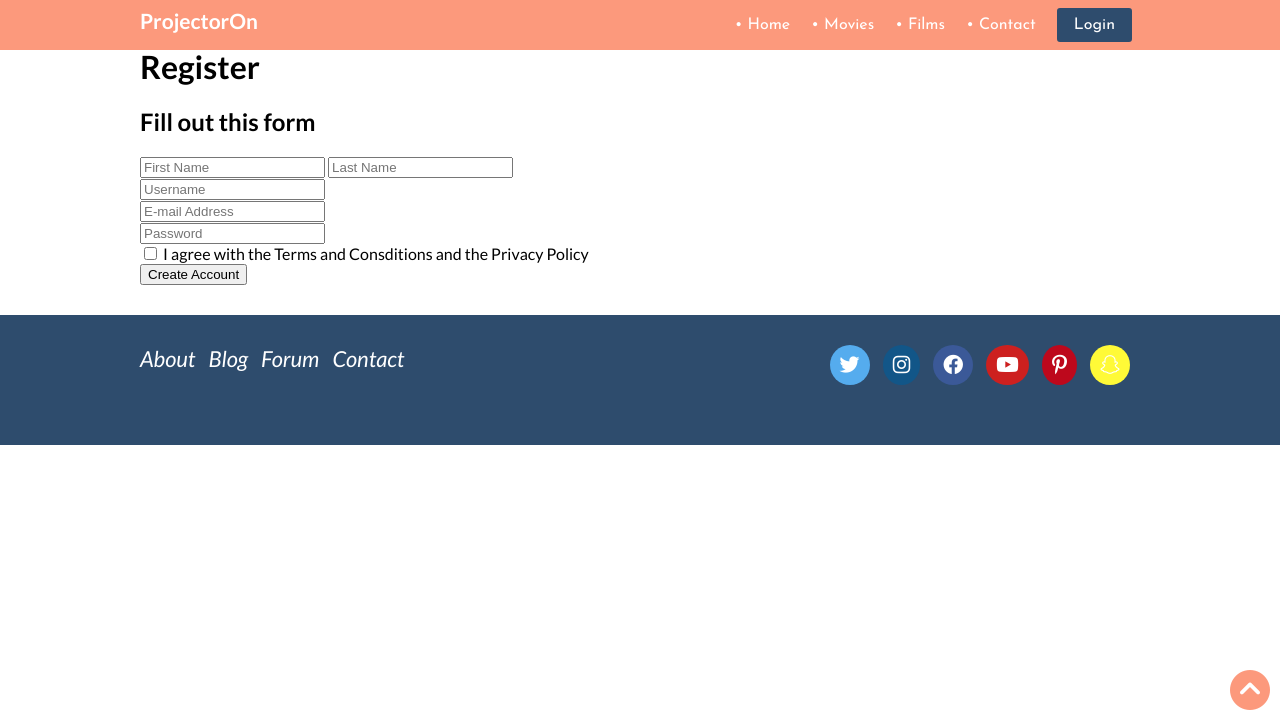
Repository: albayrakfatih/ProjectorOn_WebMovieApp
Page: register.html
The author's editor kept a copy of each file at every save. The page is drawn from the files as they stood at one save, then again after a run of saves.
The browser window is 1280 px wide. The pictures show the whole page.
Some web libraries are served in a nearby version.

Above is the page before, as saved 2023-04-30 01:32:46.

### register.html
<!DOCTYPE html>
<html lang="en">
<head>
    <meta charset="UTF-8">
    <meta http-equiv="X-UA-Compatible" content="IE=edge">
    <meta name="viewport" content="width=device-width, initial-scale=1.0">
    <title>Movie App</title>
    <!-- <link rel="stylesheet" href="https://cdnjs.cloudflare.com/ajax/libs/font-awesome/6.3.0/css/all.min.css" integrity="sha512-SzlrxWUlpfuzQ+pcUCosxcglQRNAq/DZjVsC0lE40xsADsfeQoEypE+enwcOiGjk/bSuGGKHEyjSoQ1zVisanQ==" crossorigin="anonymous" referrerpolicy="no-referrer" /> -->
    <!-- <link rel="preconnect" href="https://fonts.googleapis.com">
    <link rel="preconnect" href="https://fonts.gstatic.com" crossorigin>
    <link href="https://fonts.googleapis.com/css2?family=Josefin+Sans:wght@400;700&family=Lato:ital,wght@0,400;0,700;1,400;1,700&display=swap" rel="stylesheet"> -->
    <!-- <link rel="stylesheet" href="css/buttons.css"> -->
    <link rel="stylesheet" href="css/styles.css">


</head>
<body id="body">

    <header class="main-header">
        <div class="container">
            <a href="#" class="main-header__logo">ProjectorOn</a>
            <nav class="main-nav">
                <ul class="main-nav__items">
                    <li class="main-nav__item">
                        <a href="#">Home</a>
                    </li>
                    <li class="main-nav__item">
                        <a href="#">Movies</a>
                    </li>
                    <li class="main-nav__item">
                        <a href="#">Films</a>
                    </li>
                    <li class="main-nav__item">
                        <a href="#">Contact</a>
                    </li>
                    <li class="main-nav__item main-nav__item--login">
                        <a class="btn btn-secondary" href="#">Login</a>
                    </li>
                </ul>
            </nav>
        </div>
    </header>

   <main class="signup-page">
    <div class="container">
        <div class="row">
            <div class="register-card">
                <h1>Register</h1>
                <h2>Fill out this form</h2>
                <form action="" class="signup-form">
                    <input type="text" id="firstname" placeholder="First Name">
                    <input type="text" id="lastname" placeholder="Last Name"><br>
                    <input type="text" id="username" placeholder="Username"><br>
                    <input type="email" id="email" placeholder="E-mail Address"><br>
                    <input type="password" id="password" placeholder="Password"><br>
                    <input type="checkbox" id="agree-terms">
                    <label for="agree-terms">I agree with the Terms and Consditions and the Privacy Policy</label><br>
                    <button type="submit">Create Account</button>
                </form>
            </div>
        </div>
    </div>
   </main>

    <footer>
        <div class="container">
            <div class="row">
                <div class="col-2">
                    <ul id="footer-links">
                        <li><a href="">About</a></li>
                        <li><a href="">Blog</a></li>
                        <li><a href="">Forum</a></li>
                        <li><a href="">Contact</a></li>
                    </ul>
                </div>
                <div class="col-2">
                    <ul id="social-links">
                        <li><a href="" class="fab fa-twitter"></a></li>
                        <li><a href="" class="fab fa-instagram"></a></li>
                        <li><a href="" class="fab fa-facebook"></a></li>
                        <li><a href="" class="fab fa-youtube"></a></li>
                        <li><a href="" class="fab fa-pinterest-p"></a></li>
                        <li><a href="" class="fab fa-snapchat"></a></li>
                    </ul>
                </div>
            </div>
        </div>
    </footer>

    <a href="#body" id="backtotop">
        <i class="fas fa-chevron-circle-up"></i>
    </a>

</body>
</html>

### css/styles.css
@import url("https://cdnjs.cloudflare.com/ajax/libs/font-awesome/6.3.0/css/all.min.css");
@import url('https://fonts.googleapis.com/css2?family=Josefin+Sans:wght@400;700&family=Lato:ital,wght@0,400;0,700;1,400;1,700&display=swap');
@import url("buttons.css");



html {
    scroll-behavior: smooth;
}

*{
    box-sizing: border-box;
}
body{
    margin: 0px;
    font-family: 'Lato', sans-serif;
}
main{
    margin-top: 47px;
}
#showcase{
     background: /*linear-gradient(to bottom, rgba(252, 153, 124,0.1),rgb(250, 81, 30,0.3)),  */
    url('../img/projector1.jpg');
    background-position: center left;
    background-repeat: no-repeat;
    background-size: cover;
    background-attachment: fixed;
    border-top: 3px solid #fff;
    /*border: 4px solid white;*/
    height: 100vh;
    width: 100%;
    color: aliceblue;
    position: relative;
}
#showcase .content {
    position: absolute;
    font-size: 25px;
    margin: 0;
    top: 50%;
    left: 50%;
    transform: translate(-50%,-50%);
    width: 60%;
    background-color: rgba(46,76,109,0.3);
    color: #fff;
    padding: 20px;
    border-radius: 10px;
}


#how-it-works{
    background-color: #fff;
    padding: 10px;
    text-align: center;/*text-align kalıtım yolu ile aktarılabiliyor. bu yüzden tüm how-it-works section öğelerine center dedim.*/
}

.main-header{
    background-color: #FC997C;
    padding: 8px 16px;
    position: fixed;
    top: 0;
    z-index: 1;
    width: 100%;
}
.main-nav{
    display: inline-block;
    width: calc(100% - 121px);
    text-align: right;
    font-family: 'Josefin Sans', sans-serif;
}
.main-nav__items{
    list-style: none;
    margin: 0px;
    padding: 0px;
}
.main-nav__item{
    display: inline-block;
    margin: 0 8px;
}

.main-header__logo{
    color: #fff;
    text-decoration: none;
    font-weight: bold;
    font-size: 21px;
}

.main-nav__item a{
    text-decoration: none;
    color: #fff;
}
.main-nav__item a:hover{
    color:#160140;
}
.main-nav__item a:active{
    color: #fff;
}
.main-nav__item::before{
    content: '\2022';
    color: #fff;
}
.main-nav__item:hover::before{
    color: #160140;
}
.main-nav__item:active::before{
    color: #fff;
}
/* .main-nav__item--login a{
     color:#fff;
    background-color: #160140;
    border: 2px solid #fff;
    padding: 4px 16px;
    border-radius: 6px;
    font-weight: bold;
} */
/* .main-nav__item--login a:hover{
    border-color: #160140;
    color: #160140;
    background-color: #fff;
} */
.main-nav__item--login::before{
    content: none;
}

.row{
    margin-bottom: 30px;
    /* margin-top: 20px; */
}
/* .col-2{
    display: inline-block;
    width: calc(50% - 2px);
    height:350px;
    background-color: tomato;
    vertical-align:top;
}
.col-3{
    display: inline-block;
    width: 30%;
    padding: 16px;
    margin: 8px;
} */
.col-2 {
    float: left;
    width: 50%;
}
.col-3 {
    float: left;
    width: 33.3%;
}
.col-4 {
    float: left;
    width: 25%;
}

.icon-box h3{
    font-size: 25px;
    color: #3e4555;
}
.icon-box i{
    color: #FC997C;
}

.features-left{
    background-image: url("../img/titanic.jpg");
    background-position: center top;
    background-size: cover;
}
.features-right{
    background-color: #edf5f7;
    padding: 40px 20px;
}
.features-right h2{
    font-size: 30px;
}
.features-left,
.features-right {
    height: 350px;
}


.btn-view-features{
    background-color: #FC997C;
    color: #fff;
    padding: 7px 15px;
    border: 1px solid #FC997C;
    text-decoration: none;
    font-size: 14px;
    font-family: 'Josefin Sans', sans-serif;
    border-radius: 3px;
    display: inline-block;
    margin-top: 15px;
}
.btn-view-features:hover{
    color: #FC997C;
    background-color: #fff;
}
.section-title{
    text-align: center;
    margin-bottom: 40px;
    font-weight:700;
    font-size: 30px;
    color: #3e4555;
}
.plan{
    text-align: center;
    padding: 10px;
}

.plan__badge{
    background-color: orange;
    color: red;
    padding: 8px;
    border-radius: 5px;
}

.plan--featured {
    position: relative;
    top: -30px;
}

.recommended_plan{
    color: #ffffff;
    background-color: mediumblue!important;

}

 /* .clearfix{
    content: "";    .clearfix yerine .row sınıfını kullandık
    display: block;
    clear: both;
}  */
.row::after{
    content: "";
    display: block;
    clear: both;
}

.container{
    margin: 0 auto;
    width: 1000px;
}

.inner-plan{
    background-color:#edf5f7;
    padding: 25px 15px;
    border-radius: 5px;
    box-shadow:  0px 5px 15px rgba(0, 0, 0, 0.35);
    transition: box-shadow .8s;
}
.inner-plan:hover{
    box-shadow: 0px 5px 15px rgba(0, 0, 0, 0.7);
}


#backtotop {
    position: fixed;
    bottom: 10px;
    right: 10px;
}
#backtotop i {
    font-size: 40px;
    background-color:transparent;
    color: #fc997C;
    transition: color .6s;
}
#backtotop i:hover {
    color: #fb7850;
}

.counter {
    background: linear-gradient(to bottom, #FC997C 0%, #FC8b69 100%);
    text-align: center;
    padding:50px;
}
.counter h4 {
    margin-top: 0;
    color: #fff;
}
.counter__item{
    font-weight: 700;
    font-size: 25px;
    color: #fff;
}

/*----------movies--------------*/

.card-container {
    padding: 10px;
}
.card {
     /* width: 20vw;  veya 300px;  */
    background-color: #fff;
    box-shadow: rgba(14, 30, 37, 0.12) 0px 2px 4px 0px, rgba(14, 30, 37, 0.32) 0px 2px 16px 0px;
    cursor: pointer;
    border-radius: 5px;
    /* height: 90vh;  */
    position: relative;
    top: 0;
    transition: all .5s;
}
.card:hover {
    top: -10px;
    box-shadow: rgba(14, 30, 37, 0.9) 0px 2px 4px 0px, rgba(14, 30, 37, 0.9) 0px 2px 16px 0px;
}
.card-title {
    text-align: center;
}
.card-image {
    width:100%;
    /*height:45vh;*/
    max-height: 350px;
}
.card-button {
    text-align: center;
}
.card-body {
    padding: 30px;
}

/*-------------- footer --------------*/

footer {
    background-color: #2E4C6D;
    padding: 30px;
    margin-top: 25px;
}

footer a {
    color: #fff;
    font-size: 22px;
    text-decoration: none;
    font-style: italic;
}
footer ul {
    margin: 0;
    padding:0;
}

footer ul li {
    list-style-type: none;
    display: inline-block;
    margin-right: 10px;
}

#social-links {
    text-align: right;
}

.fab {
    padding: 10px;
    font-size: 20px;
    border-radius: 50%;
}
.fab:hover {
    opacity: 0.5;
}

.fa-twitter {
    background-color: #55acee;
    color: #fff;
}
.fa-instagram {
    background-color: #125688;
    color: #fff;
}
.fa-facebook {
    background-color: #3b5998;
    color: #fff;
}
.fa-youtube {
    background-color: #cd201f;
    color: #fff;
}
.fa-pinterest-p {
    background-color: #bd081c;
    color: #fff;
}
.fa-snapchat {
    background-color: #fffa37;
    color: #fff;
}

### css/buttons.css


.btn {
    text-align: center;
    text-decoration: none;
    display: inline-block;
    padding: 7px 15px;
    font-size: 16px;
    cursor: pointer;
    border: none;
    border-radius: 3px;
    transition-duration: .8s;
}

.btn-primary{
    background-color: #FC997c;
    color: #fff;
    border: 2px solid #FC997c;
}
.btn-primary:hover{
    background-color: #fff;
    color: #FC997c;
    border: 2px solid #FC997c;
}
.btn-outline-primary{
    background-color: #fff;
    color: #FC997c;
    border: 2px solid #FC997c;
}
.btn-outline-primary:hover{
    background-color: #FC997c;
    color: #fff;
    border: 2px solid #FC997c;
}



.btn-secondary{
    background-color: #2E4C6D;
    color: #fff;
    border: 2px solid #2E4C6D;
}
.btn-secondary:hover{
    background-color: #fff;
    color: #2E4C6D;
    border: 2px solid #2E4C6D;
}
.btn-outline-secondary{
    background-color: #fff;
    color: #2E4C6D;
    border: 2px solid #2E4C6D;
}
.btn-outline-secondary:hover{
    background-color: #2E4C6D;
    color: #fff;
    border: 2px solid #2E4C6D;
}

After the next 5 saves:
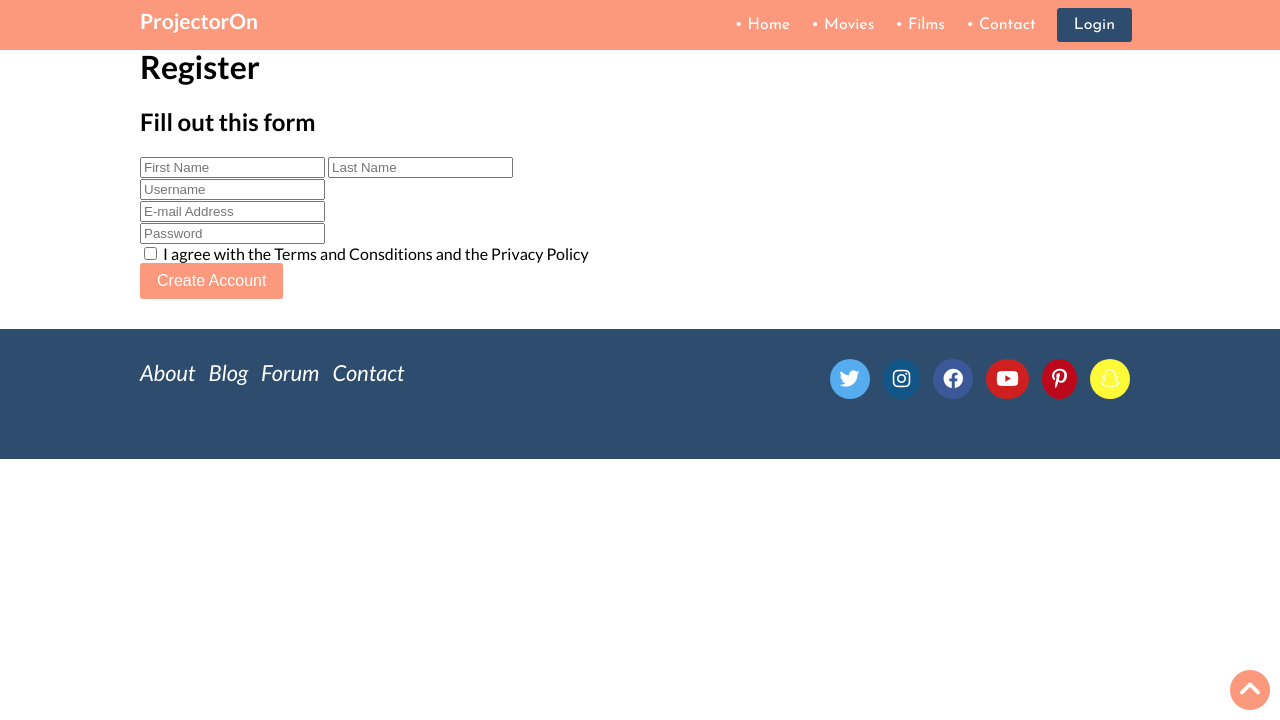
The 5 saves are shown as one change because they came seconds apart.
The last was saved 2 min 17 s later.
--- a/register.html
+++ b/register.html
@@ -55,7 +55,7 @@
                     <input type="password" id="password" placeholder="Password"><br>
                     <input type="checkbox" id="agree-terms">
                     <label for="agree-terms">I agree with the Terms and Consditions and the Privacy Policy</label><br>
-                    <button type="submit">Create Account</button>
+                    <button type="submit" class="btn btn-primary">Create Account</button>
                 </form>
             </div>
         </div>
